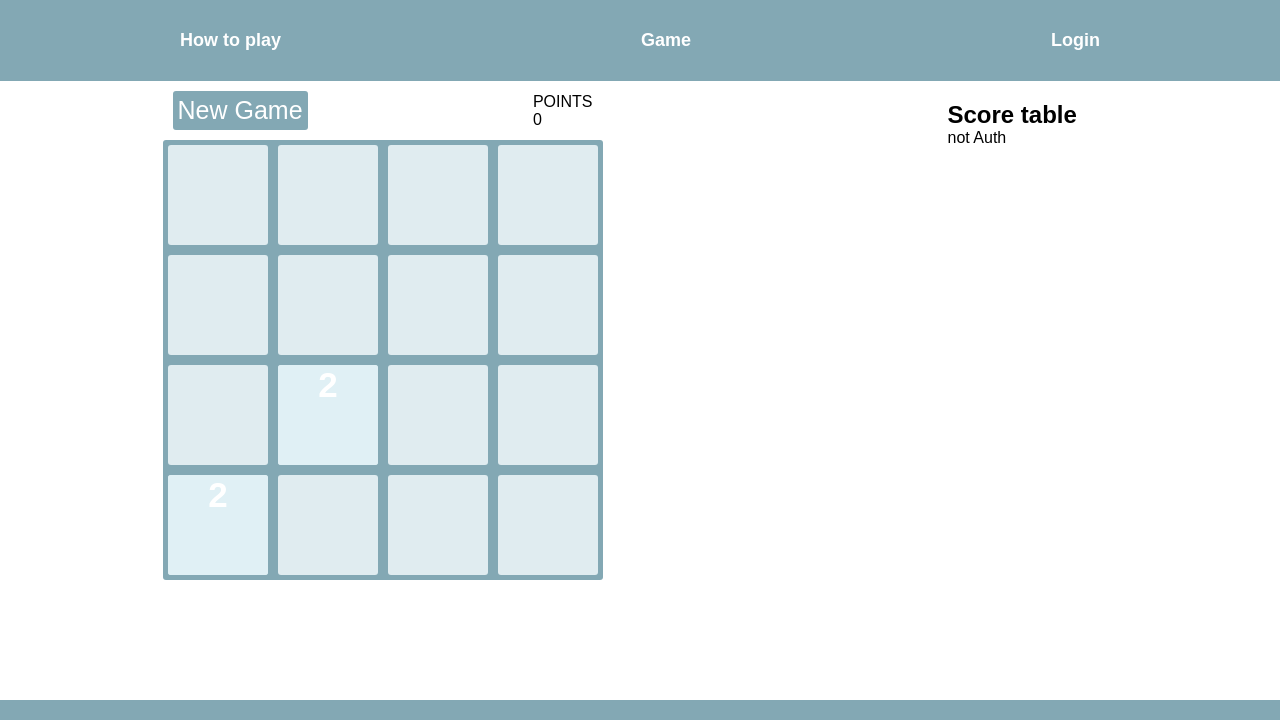
Repository: nika-otter/2048
Page: / (app in client/)
An editor plug-in stored every save of this project. The page is shown before and after the next save, followed by the edit.
The browser window is 1280 px wide. The pictures show the whole page.
The project was rebuilt for these pictures with package versions that can differ from the ones it lists, and the page was loaded fresh each time. Also part of the build but not shown: client/src/components/Login/LoginForm.js, client/src/pages/account/index.jsx, client/src/components/Game/GameOverlay.jsx, client/src/components/InstructionPage/InstructionPage.module.scss, client/src/components/HowToPlay/howtoplay.module.scss, client/src/components/HowToPlay/howtoplay.jsx, client/src/components/InstructionPage/InstructionPage.jsx, client/src/pages/Instruction/index.jsx and 4 more.

Above is the page before, as saved 2023-05-01 19:29:37.

After the next save:
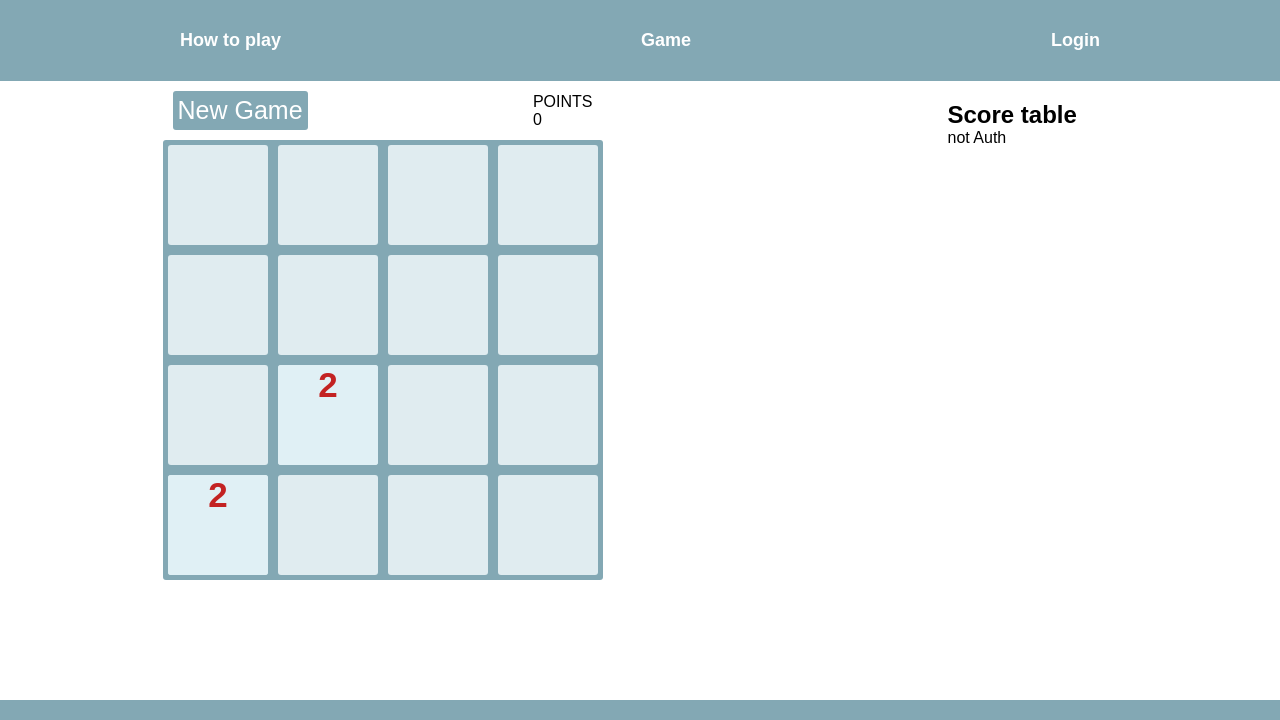
Saved 6 s later.
--- a/client/src/components/Game/Board.scss
+++ b/client/src/components/Game/Board.scss
@@ -114,7 +114,7 @@
 }
 
 .tile {
-  color: rgb(255, 255, 255);
+  color: rgb(195, 34, 34);
 }
 
 .tile0 {

After the save that followed:
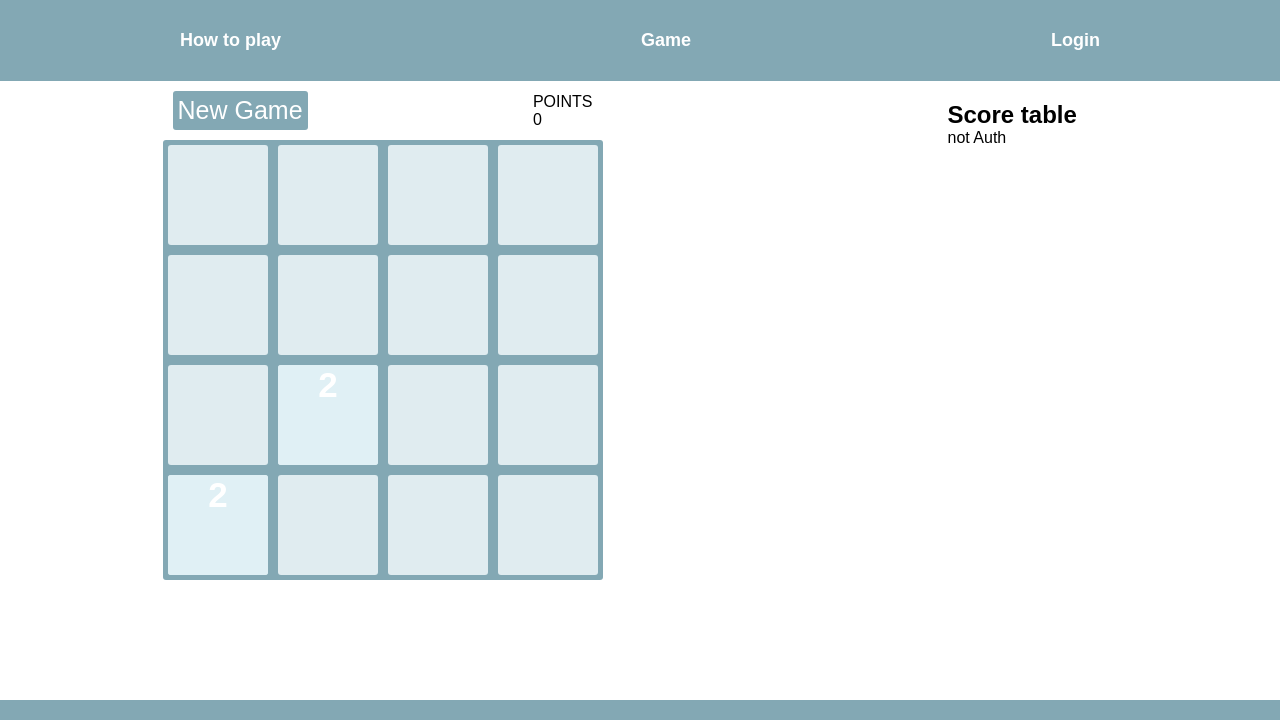
Saved 20 s later.
--- a/client/src/components/Game/Board.scss
+++ b/client/src/components/Game/Board.scss
@@ -114,7 +114,8 @@
 }
 
 .tile {
-  color: rgb(195, 34, 34);
+  color: rgb(255, 255, 255);
+  background-color: aquamarine;
 }
 
 .tile0 {
